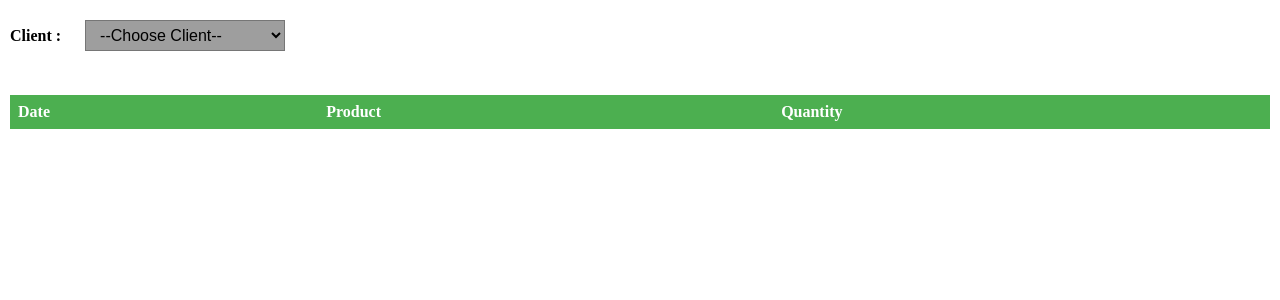
Repository: erjaimin/coding-ground
Page: http://localhost/SalesWebApp/stats.jsp
An editor plug-in stored every save of this project. The page is shown before and after the next save, followed by the edit.
The browser window is 1280 px wide. The pictures show the whole page.
Pictures or frames that could not be fetched are drawn as grey boxes. Some web libraries are served in a nearby version. The page is served by Tomcat 9. Queries for data that is not in the repository find no rows.

Above is the page before, as saved 2017-11-28 19:29:18.

### SalesWebApp/WebContent/stats.jsp
<!DOCTYPE html>
<%@ page language="java" contentType="text/html; charset=UTF-8"
    pageEncoding="UTF-8"%>
<%@ page import="java.sql.*"%>
<%@ page import="java.util.Map"%>
<%@ page import="java.util.HashMap"%>
<%@ page import="java.util.LinkedHashMap"%>
<%@ taglib prefix="c" uri="http://java.sun.com/jsp/jstl/core" %>
<%! String query1 = "SELECT CUSTOMER.CUSTOMER_ID, CUSTOMER.CUSTOMER_NAME "+
	    "FROM CUSTOMER INNER JOIN SALES_ORDER ON SALES_ORDER.CUSTOMER_ID = CUSTOMER.CUSTOMER_ID "+
	    "GROUP BY CUSTOMER.CUSTOMER_ID, CUSTOMER.CUSTOMER_NAME";
	String query2 = "SELECT SUM(SALES_ORDER_LINE_ITEM.QUANTITY) AS Quantity, "+
	    "BOM.OUTPUT_DESCRIPTION AS Product, SALES_ORDER.BILLING_DATE FROM SALES_ORDER_LINE_ITEM "+
	    "INNER JOIN sales_order ON SALES_ORDER_LINE_ITEM.SALES_ORDER_ID = SALES_ORDER.SALES_ORDER_ID "+
	    "INNER JOIN CUSTOMER ON CUSTOMER.CUSTOMER_ID = SALES_ORDER.CUSTOMER_ID "+
	    "INNER JOIN BOM ON BOM.EFFECTIVE_DATE = SALES_ORDER.DELIVERY_DATE "+
	    "AND BOM.OUTPUT_PRODUCT_ID = SALES_ORDER_LINE_ITEM.PRODUCT_ID "+
	    "WHERE CUSTOMER.CUSTOMER_ID = ? GROUP BY "+
	    "BOM.OUTPUT_DESCRIPTION, SALES_ORDER.BILLING_DATE";
	String query3 ="SELECT SIM_DATE FROM CURRENT_SIM_DATE";
	/* String query3 ="SELECT SIM_DATE.SIM_DATE FROM CURRENT_SIM_DATE "+
	    "INNER JOIN SIM_DATE ON CURRENT_SIM_DATE.CUR_NB_DAYS >= SIM_DATE.NB_DAYS "+
	    "WHERE VDAY <= MAX_DAYS_PER_ROUND"; */
%>
<%
	ResultSet clients = null;
	ResultSet products = null;
	ResultSet dates = null;
	String server = "avenger.hec.ca\\erpsim";
    String database = "ERPSIM";
    String password = "ERPSIM";
	String path = null;
	Map<String, Map<String, Integer>> productDateMap = new HashMap<>();
	Map<String, Integer> dateMap = new LinkedHashMap<>();;
	try{
		/* Class.forName("com.microsoft.sqlserver.jdbc.SQLServerDriver");
        String connectionUrl = "jdbc:sqlserver://"+server+";databaseName="+database+";user=DAIRY1;password="+password+";";
        Connection connection = (Connection) DriverManager.getConnection(connectionUrl); */
        Class.forName("com.mysql.jdbc.Driver");
        String connectionUrl = "jdbc:mysql://localhost:3306/ERPSIM";
        Connection connection = (Connection) DriverManager.getConnection(connectionUrl, "root", "system");
		Statement st = connection.createStatement();
		clients = st.executeQuery(query1);
		String client = request.getParameter("client");
		if(client != "" && client != null && !client.equals("&")){
			Statement st2 = connection.createStatement(ResultSet.TYPE_SCROLL_INSENSITIVE, ResultSet.CONCUR_READ_ONLY);
			products = st2.executeQuery(query2.replace("?", client));
			Statement st3 = connection.createStatement();
			dates =  st3.executeQuery(query3);
			if(dates != null && products != null){
				while(dates.next()){
					dateMap.put(dates.getString(1), 0);
				}
				while(products.next()){
					int quantity = products.getInt(1);
					String product = products.getString(2);
					String date = products.getString(3);
					Map<String, Integer> map = null;
					if(productDateMap.get(product) == null){
						productDateMap.put(product, new LinkedHashMap<>(dateMap));
						map = productDateMap.get(product);
						map.put(date, quantity);
					}else{
						map = productDateMap.get(product);
						if(map.get(date) != null){
							map.put(date, map.get(date)+quantity);
						}
					}
					productDateMap.put(product, map);
				}
				products.beforeFirst();
			}
		}
	}catch(Exception e){
		System.out.println("Could not connect to database");
		e.printStackTrace();
	}
%>
<html>
<head>
	<meta http-equiv="Content-Type" content="text/html; charset=UTF-8">
	<title>Sales Statistics</title>
	<style type="text/css">
		.header{
			position: fixed;
		    width: 100%;
		    height: 75px;
		    background-color: white;
		    padding: 0px;
		    margin: 0;
		}
		body{
			padding: 0px 10px;
			margin: 0px;
		}
		.spacer{
			width: 100%;
   		    height: 95px;
		}
		#customerDropDown{
			  -webkit-appearance: button;
			  -webkit-padding-end: 20px;
			  -webkit-padding-start: 2px;
			  background-image: url(http://i62.tinypic.com/15xvbd5.png),
			    -webkit-linear-gradient(#fafafa, #f4f4f4 40%, #e5e5e5);
			  background-position: 97% center;
			  background-repeat: no-repeat;
			  font-size: medium;
			  margin: 20px;
			  overflow: hidden;
			  padding: 5px 10px;
			  text-overflow: ellipsis;
			  white-space: nowrap;
			  width: 200px;
		}
		.button {
		    border: none;
		    padding: 16px 32px;
		    text-align: center;
		    text-decoration: none;
		    display: inline-block;
		    font-size: 16px;
		    margin: 4px 2px;
		    -webkit-transition-duration: 0.4s; /* Safari */
		    transition-duration: 0.4s;
		    cursor: pointer;
		    border-radius: 5px
		}
		.button1 {
		    background-color: white;
		    color: black;
		    border: 2px solid #e7e7e7;
		}
		.button1:hover {background-color: #e7e7e7;}
		.button2 {
		    background-color: #4CAF50;
		    color: white;
		    border: 2px solid #555555;
		}
		.button2:hover {
		    background-color: #555555;
		    color: white;
		}
		table {
		    border-collapse: collapse;
		    width: 100%;
		}
		th, td {
		    text-align: left;
		    padding: 8px;
		}
		th {
		    background-color: #4CAF50;
		    color: white;
		}
		tr:nth-child(even) {background-color: #f2f2f2;}
	</style>
	<script type="text/javascript">
		function init(){
			if(localStorage.getItem('selectedIndex') > 0){
				document.getElementById("customerDropDown").options[localStorage.getItem('selectedIndex')].selected = true;
				document.getElementById('btnTable').style.display = "inline-block";
				document.getElementById('btnGraph').style.display = "inline-block";
				if(localStorage.getItem('view')){
					graphView();
				}else{
					tableView();
				}
				var ctx = document.getElementById('myChart').getContext('2d');
				var options = {
						scales: {
							xAxes: [ { ticks: { autoSkip: false }
								 } ]
							}
				};
				var donnees = {
					    labels: [
					    	<%int noOfDates = dateMap.size();
					    	  int counter1 = 0;
					    	  for(Map.Entry<String, Integer> date : dateMap.entrySet()){%>
					    	  	<%="'"+date.getKey()+"'"%>
					    	  	<%if(counter1 +1 < noOfDates){counter1++;%>
					    	  		,
					    	<%}}%>
					    ],
					    datasets: [
					    	<%int noOfProducts = productDateMap.size();
					    	  int counter2 = 0;
					    	  for(Map.Entry<String, Map<String,Integer>> product : productDateMap.entrySet()){%>
					    	  {
							      label: '<%=product.getKey()%>',
							      data:[
							    	  <% int counter3 = 0;
							    	  for(Map.Entry<String, Integer> date : product.getValue().entrySet()){
							    	  %>
							    	  <%=date.getValue()%>
							    	  <%if(counter3 +1 < noOfDates){counter3++;%>
							    	  ,
							    	  <%}}%>
							      ]}
					    	  	<%if(counter2 +1 < noOfProducts){counter2++;%>
					    	  		,
					    	<%}}%>
					    ]
					  };
				var myChart = new Chart(ctx, {
					  type: 'line',
					  data: donnees,
					  options: options
					});
			}else{
				document.getElementById('btnTable').style.display = "none";
				document.getElementById('btnGraph').style.display = "none";
			}
		}

		function fetchClientDetails(e){
			var selectedValue= e.options[e.selectedIndex].value;
			localStorage.setItem('selectedIndex',e.selectedIndex);
			if(e.selectedIndex > 0){
				window.location.replace("stats.jsp?client=" + selectedValue);
			}else{
				window.location.replace("stats.jsp?client=&");
			}
		}

		function tableView(){
			document.getElementById('tableView').style.display = "block";
			document.getElementById('graphView').style.display = "none";
			document.getElementById('btnTable').classList.add("button1");
			document.getElementById('btnGraph').classList.add("button2");
			document.getElementById('btnTable').classList.remove("button2");
			document.getElementById('btnGraph').classList.remove("button1");
			localStorage.removeItem('view');
		}

		function graphView(){
			document.getElementById('tableView').style.display = "none";
			document.getElementById('graphView').style.display = "block";
			document.getElementById('btnTable').classList.add("button2");
			document.getElementById('btnTable').classList.add("button1");
			document.getElementById('btnGraph').classList.add("button1");
			document.getElementById('btnGraph').classList.remove("button2");
			localStorage.setItem('view','graph');
		}
	</script>
	<script src="https://cdnjs.cloudflare.com/ajax/libs/Chart.js/2.6.0/Chart.min.js"></script>
</head>
<body onload="init();">
	<div class="header">
		<label for="customerDropDown" style="font-size: medium; font-weight: bold;">Client : </label>
		<select id="customerDropDown" name="customerDropDown" onchange="fetchClientDetails(this);">
			<option value="&" selected>--Choose Client--</option>
			<%if(clients != null){
	            while(clients.next()){%>
					<option value="<%=clients.getString(1) %>"><%=clients.getString(2) %></option>
			<%}} %>
		</select>
		<input type="button" id="btnTable" value="Table" class="button" onclick="tableView();"/>
		<input type="button" id="btnGraph" value="Graph" class="button" onclick="graphView();"/>
	</div>
	<div class="spacer">
    	&nbsp;
	</div>
	<div id="tableView">
		<table>
			<tr>
				<th>Date</th>
				<th>Product</th>
				<th>Quantity</th>
			</tr>
			<%if(products != null){
	            while(products.next()){%>
			<tr>
				<td style="font-weight: bold; "><%=products.getString(3) %></td>
				<td><%=products.getString(2) %></td>
				<td><%=products.getString(1) %></td>
			</tr>
			<%}}%>
		</table>
	</div>
	<div id="graphView">
		<canvas id="myChart" width='600' height='400'></canvas>
	</div>
</body>
</html>

After the next save:
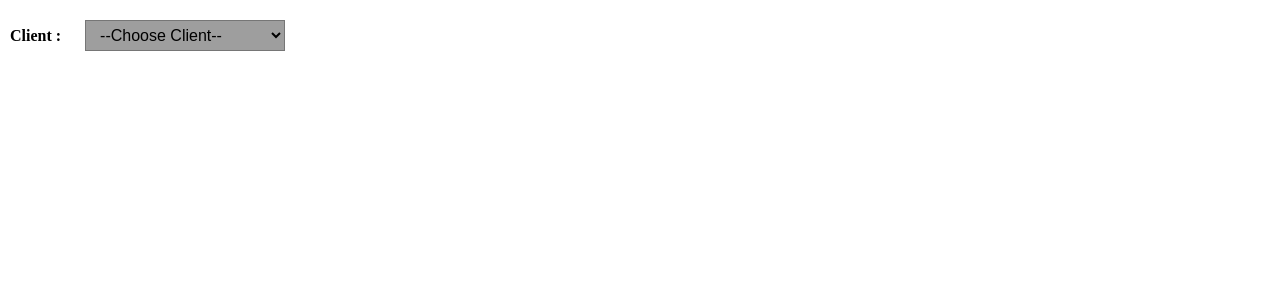
Saved 102 s later.
--- a/SalesWebApp/WebContent/stats.jsp
+++ b/SalesWebApp/WebContent/stats.jsp
@@ -262,6 +262,7 @@
 	<div class="spacer">
     	&nbsp;
 	</div>
+	<%if(products != null){ %>
 	<div id="tableView">
 		<table>
 			<tr>
@@ -269,8 +270,7 @@
 				<th>Product</th>
 				<th>Quantity</th>
 			</tr>
-			<%if(products != null){
-	            while(products.next()){%>
+	           <% while(products.next()){%>
 			<tr>
 				<td style="font-weight: bold; "><%=products.getString(3) %></td>
 				<td><%=products.getString(2) %></td>
